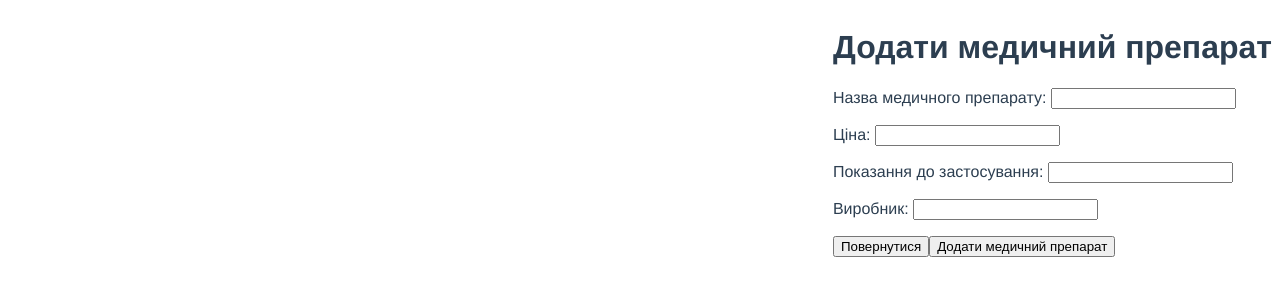
Repository: kristinap8/pharmacy
Page: /add_medicine
The author's editor kept a copy of each file at every save. The page is drawn from the files as they stood at one save, then again after the next save.
The browser window is 1280 px wide. The pictures show the whole page.
The project was rebuilt for these pictures with package versions that can differ from the ones it lists, and the page was loaded fresh each time. Also part of the build but not shown: src/components/EditMedicineForm/index.vue, src/pages/EditMedicine/index.vue, src/components/MedicinesList/MedicineCard/index.vue, src/components/MedicinesList/index.vue, src/pages/AllMedicines/index.vue, src/components/CartForm/index.vue, src/pages/Cart/index.vue.

Above is the page before, as saved 2020-12-09 23:16:19.

### src/main.js
import Vue from 'vue'
import App from './App.vue'
import router from "./router"
import store from "./store"

Vue.config.productionTip = false

new Vue({
  store,
  router,
  render: h => h(App),
}).$mount('#app')

### src/App.vue
<template>
  <div id="app">
    <router-view/>
  </div>
</template>

<script>
export default {
  name: "App",
  components: {},
};
</script>

<style>
#app {
  font-family: Avenir, Helvetica, Arial, sans-serif;
  -webkit-font-smoothing: antialiased;
  -moz-osx-font-smoothing: grayscale;
  color: #2c3e50;
}
</style>

### src/router.js
import Vue from "vue";
import VueRouter from "vue-router";
import AddMedicine from "@/pages/AddMedicine";
import EditMedicine from "@/pages/EditMedicine";
import AllMedicines from "@/pages/AllMedicines";
import Cart from "@/pages/Cart";

Vue.use(VueRouter);

const routes=[
    {
        path:'/',
        name:'all-medicines',
        component:AllMedicines
    },
    {
        path:'/edit_medicine/:medicine_id',
        name:'edit-medicine',
        component:EditMedicine
    },
    {
        path:'/add_medicine',
        name:'add-medicine',
        component:AddMedicine
    },
    {
        path:'/cart',
        name:'cart',
        component:Cart
    },

]

const router=new VueRouter({
    mode:"history",
    routes
});

export default router;

### src/store/index.js
import Vue from "vue";
import Vuex from "vuex";
import { v4 as uuid_v4 } from 'uuid'

Vue.use(Vuex)
const store=new Vuex.Store({
    state:{
      medicinesList:[
          {
              id:1,
              name:'Но-шпа',
              price:60.48,
              requirements:"Спазми гладкої мускулатури, пов'язані з захворюваннями біліарного тракту: холецистолітіаз, холангіолітіаз, холецистит, перихолецистит, холангіт, папіліт. Спазми гладкої мускулатури при захворюваннях сечового тракту: нефролітіаз, уретролітіаз, пієліт, цистит, тенезми сечового міхура.",
              maker:"Chinoin (Угорщина)"

          },
          {
            id:2,
            name:"Діазолін",
            price:19.19,
            requirements:"Профілактика і лікування сезонного та алергічного риніту, полінозу, кропив'янки, харчової та медикаментозної алергії, дерматозів, що супроводжуються свербежем шкіри (екзема, нейродерміт).",
            maker:"Фармак ОАО (Україна, Київ)"

        },
        {
            id:3,
            name:"Амоксил",
            price:81.77,
            requirements:"Інфекції органів дихання, сечостатевої системи, травного тракту (у тому числі у комбінації з метронідазолом або кларитроміцином застосовують для лікування захворювань, асоційованих із Helicobacter pylori), шкіри та м’яких тканин, спричинені чутливими до лікарського засобу мікроорганізмами.",
            maker:"Киевмедпрепарат ОАО (Україна, Київ)"

        }
      ],
      cart:[],
      cartItemsCount:0
    },
    mutations:{
        addMedicine(state, data) {
            state.medicinesList.push({
             id: uuid_v4(),
             ...data,
           })
         },
         deleteMedicine(state,id){
             let medicines=state.medicinesList.filter(medicine=>medicine.id!=id)
             state.medicinesList=medicines;
         },
         editMedicine(state,medicine){
             state.medicinesList.forEach(m=>{
                 if(m.id==medicine.id){
                     m=medicine;
                 }
             } )
         },
         addToCart(state,medicine){
            let isMedicineExists=state.cart.find(m => m.id == medicine.id);

            if (isMedicineExists) {
                isMedicineExists.quantity ++;
                isMedicineExists.totalPrice = (isMedicineExists.quantity * isMedicineExists.price).toFixed(2);
            } else {
                state.cart.push(medicine);

                Vue.set(medicine, 'quantity', 1);
                Vue.set(medicine, 'totalPrice', medicine.price);
            }
             state.cartItemsCount++
         },
         deleteItemFromCart(state,medicine){
            let index = state.cart.indexOf(medicine);
            if (index > -1) {
                let item= state.cart[index];
                state.cartItemsCount -= item.quantity;
                state.cart.splice(index, 1);
            }
         }
    },
    actions:{
        addMedicine({ commit }, medicine) {
            commit('addMedicine', medicine)
         },
          deleteMedicine({commit},id){
              commit('deleteMedicine',id)
          },
          editMedicine({commit},medicine){
              commit('editMedicine',medicine)
          },
          addToCart({commit},medicine){
              commit('addToCart',medicine)
          },
          deleteItemFromCart({commit},medicine){
              commit("deleteItemFromCart",medicine)
          }

    },
    getters:{
        getMedicines:(state)=> state.medicinesList,
        getMedicineById:(state)=>(id)=>{return state.medicinesList.find(m=>m.id===id)},
        getMedicinesInCart:(state)=>state.cart,
     },
    modules:{

    }
})

export default store

### src/pages/AddMedicine/index.vue
<template>
    <div>
       <add-medicine-form/>
    </div>
</template>

<script>
import AddMedicineForm from "../../components/AddMedicineForm"
    export default {
        name:"AddMedicine",
        components: {
            AddMedicineForm,
        },
    }
</script>

<style lang="scss" scoped>

</style>

### src/components/AddMedicineForm/index.vue
<template>
    <div class="form" >
        <h1>Додати медичний препарат</h1>
    <p>
    <label>
        Назва медичного препарату:
        <input type="text" v-model="name"/>
    </label>
    </p>
    <p>
    <label>
        Ціна:
        <input type="number" v-model="price"/>
    </label>
    </p>
    <p>
    <label>
        Показання до застосування:
        <input type="text" v-model="requirements"/>
    </label>
    </p>
    <p>
    <label>
        Виробник:
        <input type="text" v-model="maker"/>
    </label>
    </p>
    <p>
    <router-link to="/" tag="button" >Повернутися</router-link>
    <button @click="onAddMedicine" >
        Додати медичний препарат
    </button>
    </p>
    </div>
</template>

<script>
import { mapActions } from 'vuex'

    export default {
        name:"AddMedicineForm",
        data() {
            return {
            name: null,
            price: null,
            requirements: null,
            maker: null,
            }
        },
        methods: {
            ...mapActions(['addMedicine']),
            onAddMedicine() {
                const{name,price,requirements,maker}=this
                this.addMedicine({
                    name,
                    price,
                    requirements,
                    maker
                })
                this.$router.push('/')
            }
        },
    }
</script>

<style lang="scss" scoped>
.form{
    float:right
}
</style>

Loaded but not shown: public/index.html (common file)

After the next save:
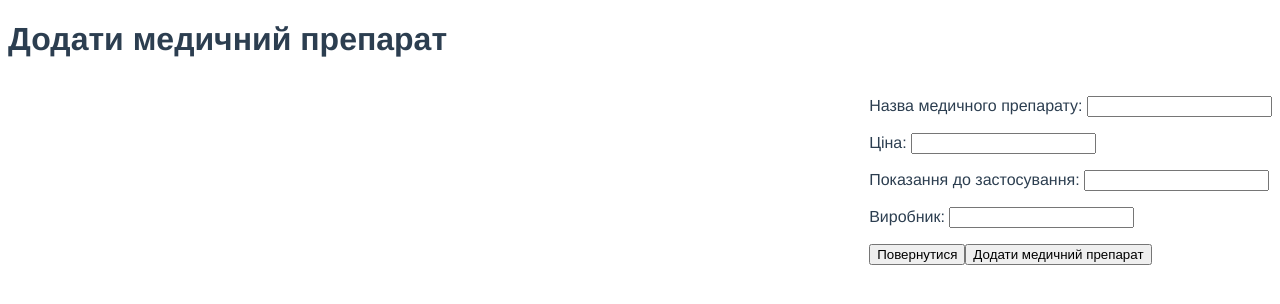
Saved 32 s later.
--- a/src/components/AddMedicineForm/index.vue
+++ b/src/components/AddMedicineForm/index.vue
@@ -1,6 +1,7 @@
 <template>
-    <div class="form" >
+    <div>
         <h1>Додати медичний препарат</h1>
+    <div class="form">
     <p>
     <label>
         Назва медичного препарату:
@@ -31,6 +32,7 @@
         Додати медичний препарат
     </button>
     </p>
+    </div>
     </div>
 </template>
 
